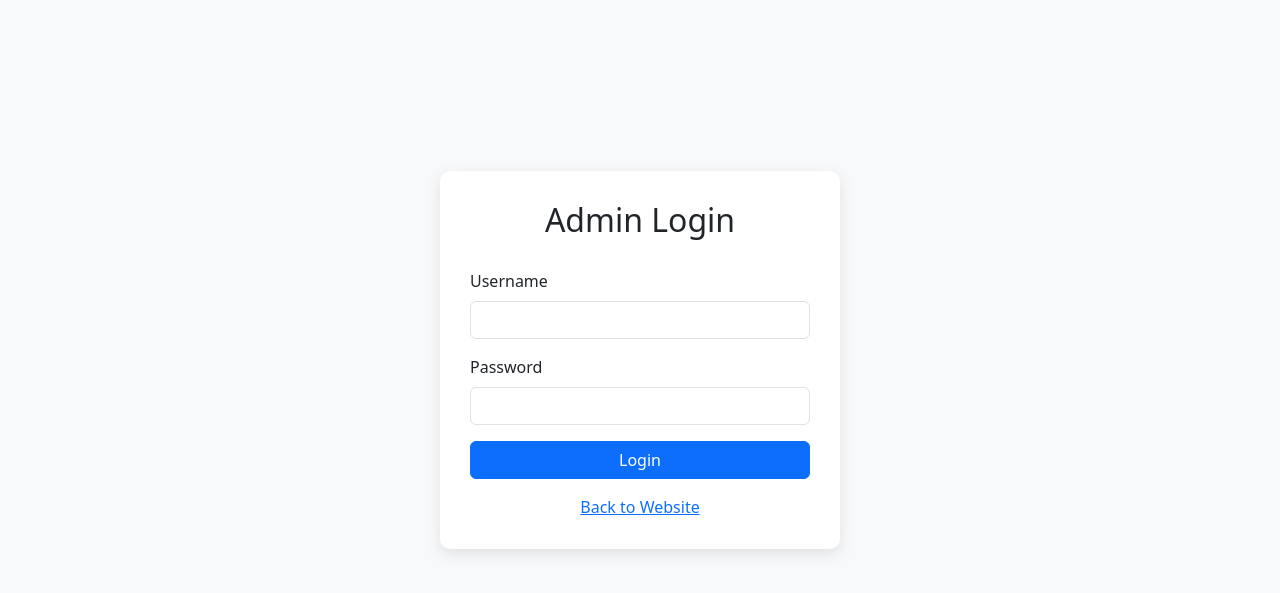
Repository: faridfirdaus-fred/portfolio-pweb
Page: http://localhost/admin/login.php
An editor plug-in stored every save of this project. The page is shown before and after the next save, followed by the edit.
The browser window is 1280 px wide. The pictures show the whole page.
The page is run by PHP 8.4 with error messages shown; the project is at /var/www/html/.

Above is the page before, as saved 2025-05-12 16:03:46.

After the next save:
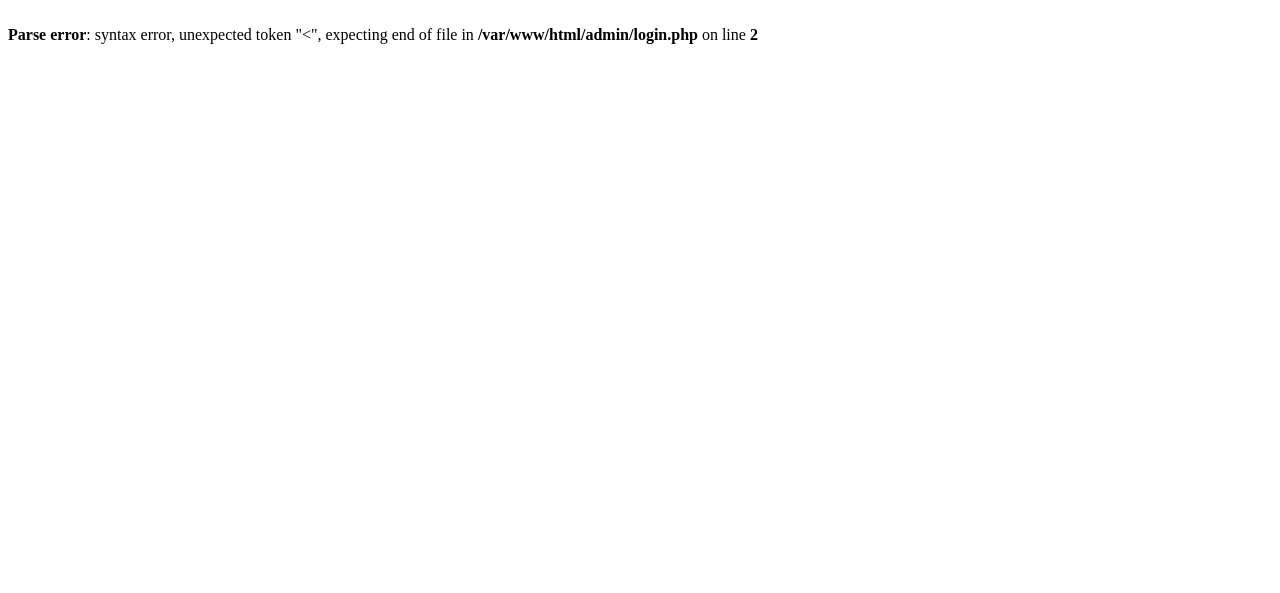
Saved 3 min 38 s later.
--- a/admin/login.php
+++ b/admin/login.php
@@ -1,3 +1,4 @@
+<?php
 <?php
 session_start();
 
@@ -14,32 +15,40 @@
 
 // Check if form is submitted
 if ($_SERVER["REQUEST_METHOD"] == "POST") {
-    $username = $conn->real_escape_string($_POST['username']);
-    $password = $_POST['password'];
+    // Sanitize and validate input
+    $username = trim($_POST['username']);
+    $password = trim($_POST['password']);
 
-    // Get admin user
-    $sql = "SELECT * FROM admin WHERE username = '$username'";
-    $result = $conn->query($sql);
+    if (!empty($username) && !empty($password)) {
+        // Prepare SQL statement to prevent SQL injection
+        $stmt = $conn->prepare("SELECT * FROM admin WHERE username = ?");
+        $stmt->bind_param("s", $username);
+        $stmt->execute();
+        $result = $stmt->get_result();
 
-    if ($result->num_rows == 1) {
-        $user = $result->fetch_assoc();
+        if ($result->num_rows == 1) {
+            $user = $result->fetch_assoc();
 
-        // Verify password
-        // Verify password
-        if (password_verify($password, $user['password'])) {
-            // Set session
-            $_SESSION['admin_logged_in'] = true;
-            $_SESSION['admin_id'] = $user['id'];
-            $_SESSION['admin_username'] = $user['username'];
+            // Verify password
+            if (password_verify($password, $user['password'])) {
+                // Set session
+                $_SESSION['admin_logged_in'] = true;
+                $_SESSION['admin_id'] = $user['id'];
+                $_SESSION['admin_username'] = $user['username'];
 
-            // Redirect to dashboard
-            header("Location: index.php");
-            exit;
+                // Redirect to dashboard
+                header("Location: index.php");
+                exit;
+            } else {
+                $error = "Invalid password. Please try again.";
+            }
         } else {
-            $error = "Invalid password";
+            $error = "Invalid username. Please try again.";
         }
+
+        $stmt->close();
     } else {
-        $error = "Invalid username";
+        $error = "Please fill in both fields.";
     }
 }
 ?>
@@ -81,7 +90,7 @@
         </div>
 
         <?php if (!empty($error)): ?>
-            <div class="alert alert-danger"><?php echo $error; ?></div>
+            <div class="alert alert-danger"><?php echo htmlspecialchars($error); ?></div>
         <?php endif; ?>
 
         <form method="post" action="<?php echo htmlspecialchars($_SERVER["PHP_SELF"]); ?>">

After the save that followed:
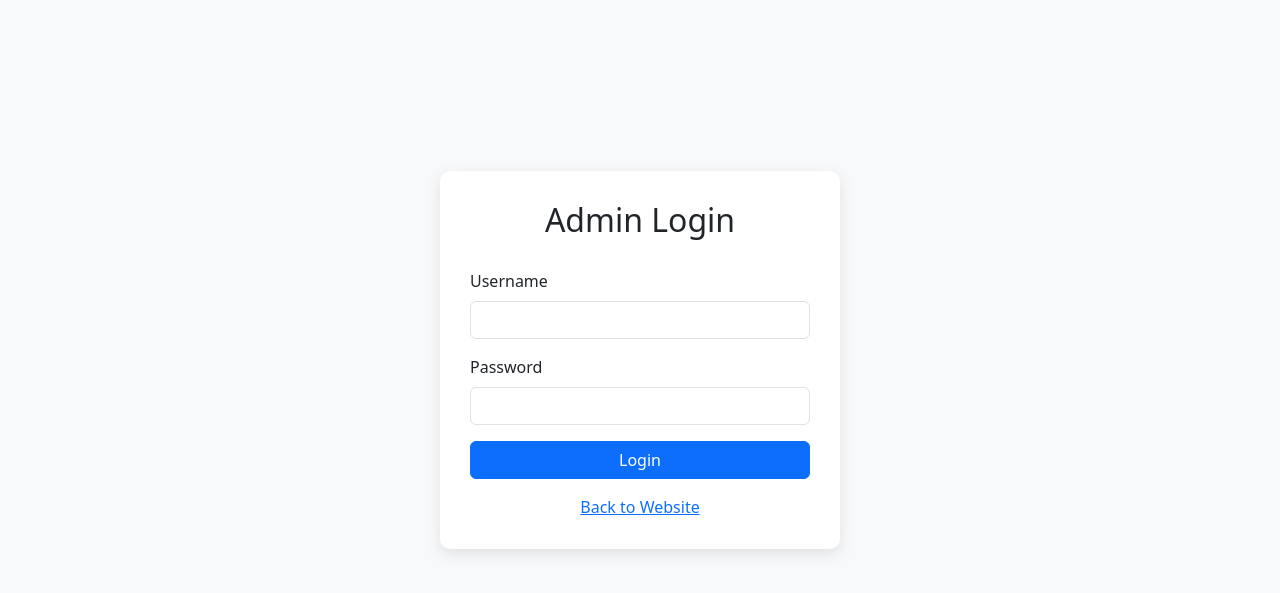
Saved 4 s later.
--- a/admin/login.php
+++ b/admin/login.php
@@ -1,4 +1,3 @@
-<?php
 <?php
 session_start();
 
